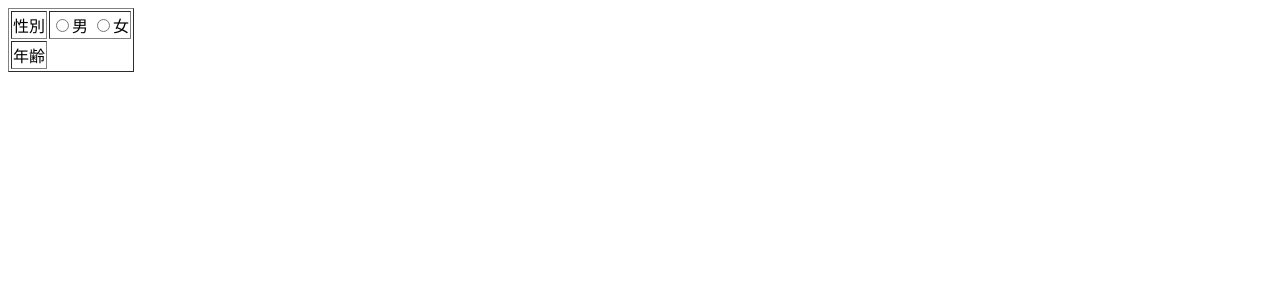
Repository: ict20215/ict
Page: http://localhost/rei08/jsp/Rei08_request.jsp
These files come from the project's save history. The page is drawn as it stood at one moment and after the next save; the edit follows.
The browser window is 1280 px wide. The pictures show the whole page.
The page is served by Tomcat 9.

Above is the page before, as saved 2021-10-20 01:53:47.

After the next save:
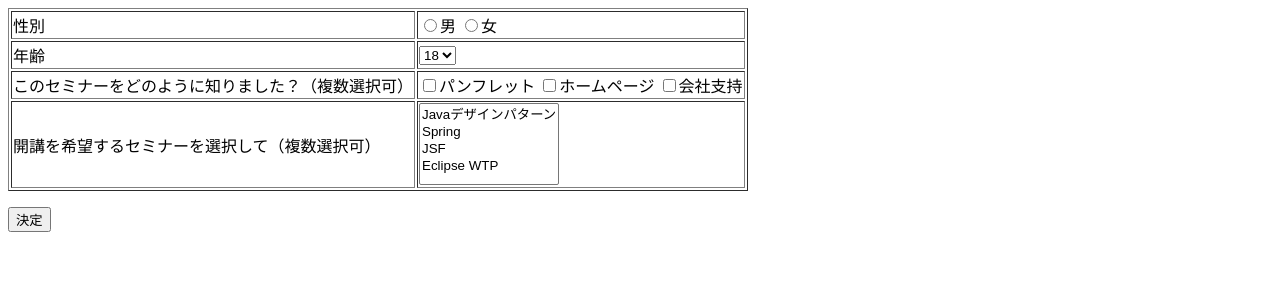
Saved 23 min 30 s later.
--- a/rei08/WebContent/jsp/Rei08_request.jsp
+++ b/rei08/WebContent/jsp/Rei08_request.jsp
@@ -8,22 +8,49 @@
 </head>
 <body>
 
-<form action="../Rei08Controller" method="POST">
-<table border="1">
-<tr>
-<td>性別</td>
-<td>
-<input type="radio" name="sei" value="男">男
-<input type="radio" name="sei" value="女">女
-</td>
-</tr>
-<td>年齢
+	<form action="../Rei08Controller" method="POST">
+		<table border="1">
+			<tr>
+				<td>性別</td>
+				<td><input type="radio" name="sei" value="男">男 <input
+					type="radio" name="sei" value="女">女</td>
+			</tr>
+			<tr>
+				<td>年齢</td>
+				<td>
+				    <select name="nen">
+						<c:forEach var="i" begin="18" end="90" step="1">
+							<option value="${i}"><c:out value="${i}"/></option>
+						</c:forEach>
+                    </select>
+        		</td>
+			</tr>
+			<tr>
+				<td>このセミナーをどのように知りました？（複数選択可）</td>
+				<td>
+					<input type="checkbox" name="mosidorki" value="パンフレット">パンフレット
+					<input type="checkbox" name="mosidoki" value="ホームページ">ホームページ
+					<input type="checkbox" name="mosidoki" value="会社指示">会社支持
+				</td>
+			</tr>
+			<tr>
+				<td>開講を希望するセミナーを選択して（複数選択可）</td>
+				<td>
+					<select name="seminar" multiple="multiple">
+						<option value="Javaデザインパターン">Javaデザインパターン</option>
+						<option value="Spring">Spring</option>
+						<option value="JSF">JSF</option>
+						<option value="Eclipse WTP">Eclipse WTP</option>
+					</select>
+				</td>
 
+			</tr>
+		</table>
+		<p>
+			<input type="submit" value="決定">
+		</p>
 
-
-</table>
-
-</form>
+	</form>
 
 
 </body>
